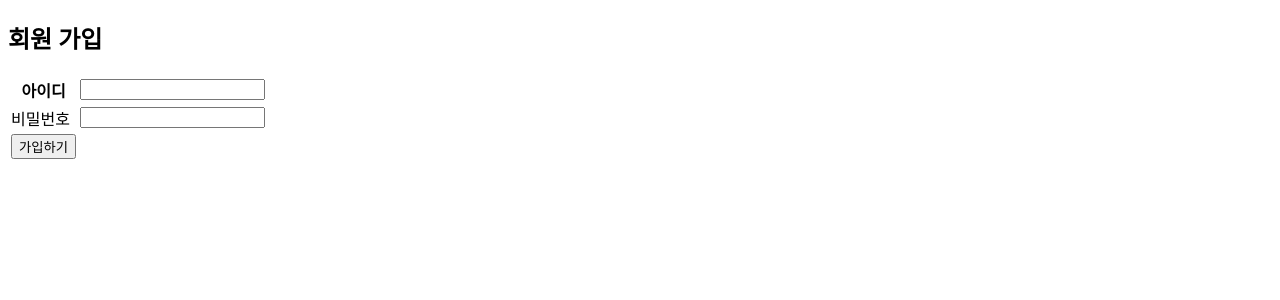
Repository: back-seung/academy
Page: http://localhost/SpringDay01/memberInputForm
These files come from the project's save history. The page is drawn as it stood at one moment and after the next save; the edit follows.
The browser window is 1280 px wide. The pictures show the whole page.
The page is served by Tomcat 9. Other server files are loaded and not shown.

Above is the page before, as saved 2021-11-22 08:20:07.

### SpringDay01/src/main/webapp/WEB-INF/views/memberInput.jsp
<%@ page language="java" contentType="text/html; charset=UTF-8"
    pageEncoding="UTF-8"%>
<!DOCTYPE html>
<html>
  <head>
    <meta charset="UTF-8" />
    <title>Insert title here</title>
  </head>
  <body>
    <form action="memberInputForm" method="GET">
      <h2>회원 가입</h2>
      <h2 id="print">${print}</h2>
      <table>
        <tr>
          <th>아이디</th>
          <th><input id="id" type="text" name="id" /></th>
        </tr>
        <tr>
          <td>비밀번호</td>
          <td><input id="pw" type="password" name="pw" /></td>
        </tr>
        <tr>
          <td><input type="submit" value="가입하기"/></td>
        </tr>
      </table>
    </form>
    <script>
    </script>
  </body>
</html>

After the next save:
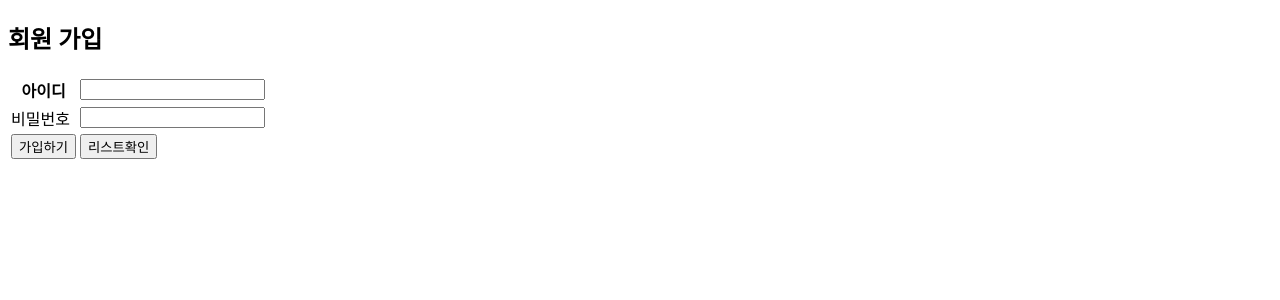
Saved 103 s later.
--- a/SpringDay01/src/main/webapp/WEB-INF/views/memberInput.jsp
+++ b/SpringDay01/src/main/webapp/WEB-INF/views/memberInput.jsp
@@ -21,6 +21,7 @@
         </tr>
         <tr>
           <td><input type="submit" value="가입하기"/></td>
+          <td><input type="button" value="리스트확인"/></td>
         </tr>
       </table>
     </form>
